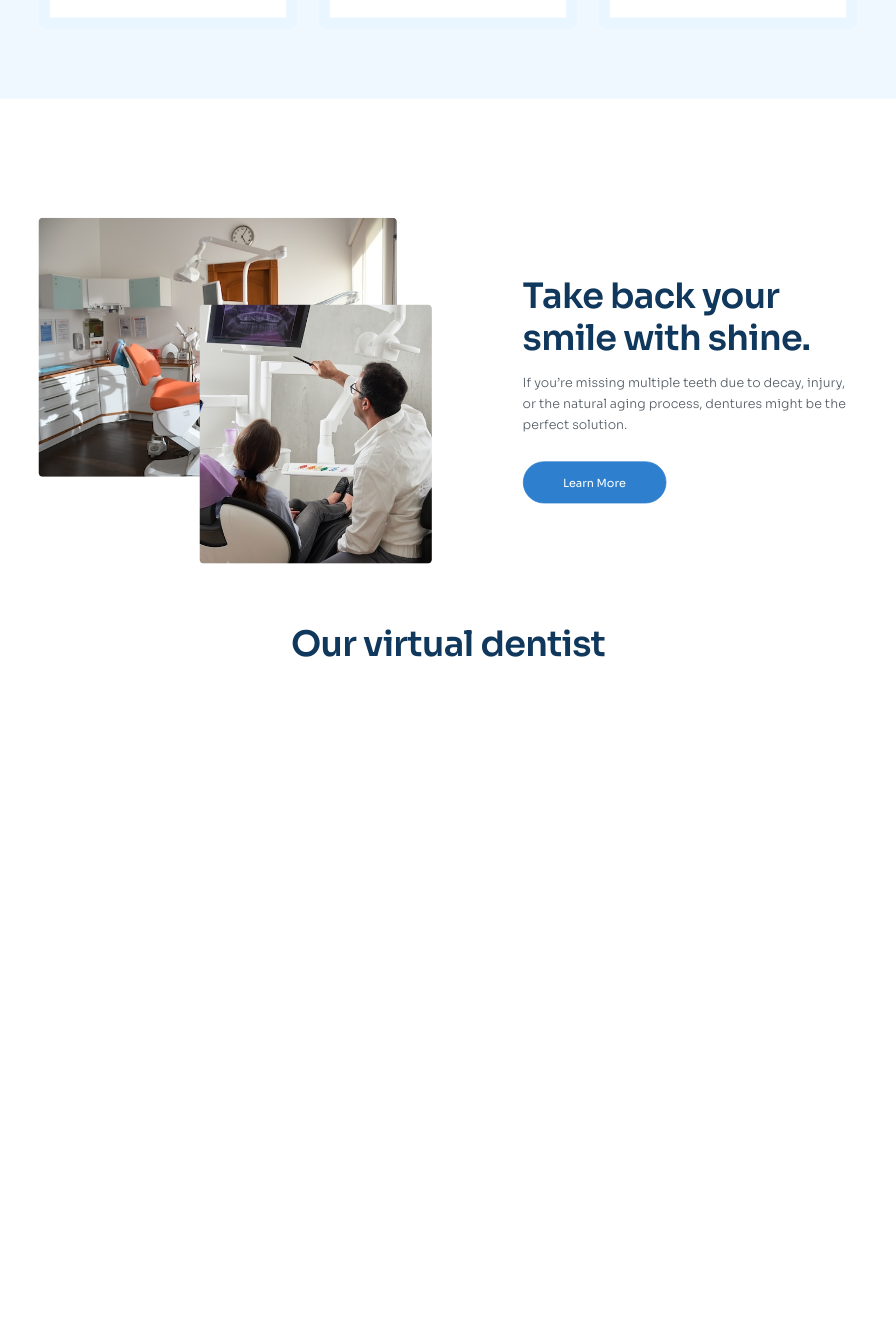
Repository: han2003dz/f8-project-03
Page: index.html
The author's editor kept a copy of each file at every save. The page is drawn from the files as they stood at one save, then again after a run of saves.
The browser window is 1280 px wide. The pictures show the part of the page from y = 2563 to 4483 px (the page is 6000 px tall), at 70% of full size.

Above is the page before, as saved 2023-05-06 22:44:44.

### index.html
<!DOCTYPE html>
<html lang="en">

<head>
    <meta charset="UTF-8">
    <meta http-equiv="X-UA-Compatible" content="IE=edge">
    <meta name="viewport" content="width=device-width, initial-scale=1.0">
    <title>Shine Smile</title>
    <!-- favicon -->
    <link rel="apple-touch-icon" sizes="57x57" href="./assets/favicon/apple-icon-57x57.png">
    <link rel="apple-touch-icon" sizes="60x60" href="./assets/favicon/apple-icon-60x60.png">
    <link rel="apple-touch-icon" sizes="72x72" href="./assets/favicon/apple-icon-72x72.png">
    <link rel="apple-touch-icon" sizes="76x76" href="./assets/favicon/apple-icon-76x76.png">
    <link rel="apple-touch-icon" sizes="114x114" href="./assets/favicon/apple-icon-114x114.png">
    <link rel="apple-touch-icon" sizes="120x120" href="./assets/favicon/apple-icon-120x120.png">
    <link rel="apple-touch-icon" sizes="144x144" href="./assets/favicon/apple-icon-144x144.png">
    <link rel="apple-touch-icon" sizes="152x152" href="./assets/favicon/apple-icon-152x152.png">
    <link rel="apple-touch-icon" sizes="180x180" href="./assets/favicon/apple-icon-180x180.png">
    <link rel="icon" type="image/png" sizes="192x192" href="./assets/favicon/android-icon-192x192.png">
    <link rel="icon" type="image/png" sizes="32x32" href="./assets/favicon/favicon-32x32.png">
    <link rel="icon" type="image/png" sizes="96x96" href="./assets/favicon/favicon-96x96.png">
    <link rel="icon" type="image/png" sizes="16x16" href="./assets/favicon/favicon-16x16.png">
    <link rel="manifest" href="./assets/favicon/manifest.json">
    <meta name="msapplication-TileColor" content="#ffffff">
    <meta name="msapplication-TileImage" content="./assets/favicon/ms-icon-144x144.png">
    <meta name="theme-color" content="#ffffff">
    <!-- embed font -->
    <link rel="preconnect" href="https://fonts.googleapis.com">
    <link rel="preconnect" href="https://fonts.gstatic.com" crossorigin>
    <link href="https://fonts.googleapis.com/css2?family=Sora:wght@300;400;500;600;700&display=swap" rel="stylesheet">
    <!-- my css -->
    <link rel="stylesheet" href="/assets/css/reset.css">
    <link rel="stylesheet" href="/assets/css/style.css">
</head>

<body style="height: 6000px;">
    <header class="header">
        <div class="container">
            <!-- nav -->
            <div class="navigation">
                <a href="#!">
                    <div class="logo">
                        <span class="logo__circle"></span>
                        <span class="logo__text">
                            <span class="logo__brand">shine</span>
                            <span class="logo__brand logo__brand--small">smile</span>
                        </span>
                    </div>
                </a>
                <nav class="navbar">
                    <ul class="nav__list">
                        <li class="nav__item">
                            <a href="#!" class="nav__link nav__link--active">Home</a>
                        </li>
                        <li class="nav__item">
                            <a href="#!" class="nav__link">Services</a>
                        </li>
                        <li class="nav__item">
                            <a href="#!" class="nav__link">About</a>
                        </li>
                        <li class="nav__item">
                            <a href="#!" class="nav__link">Doctors</a>
                        </li>
                    </ul>
                </nav>
                <!-- action -->
                <div class="header-action">
                    <a href="#!" class="header-action__login">Log In</a>
                    <button href="#!" class="header-action__sign-up btn">Sign Up</button>
                </div>
            </div>
            <!-- hero -->
            <section class="hero">
                <!-- hero content -->
                <div class="hero__content">
                    <h1 class="hero__heading">Exceptional dental care for all ages.</h1>
                    <p class="hero__desc">Exceptional dental care for all ages. Your great smile begins with a great
                        dentist.</p>
                    <div class="hero__row">
                        <a href="#!" class="btn hero__btn">Book Online</a>
                        <span class="hero__phone">or call (123) 456-7890</span>
                    </div>
                </div>
                <div class="hero__media">
                    <figure class="hero__images">
                        <img src="./assets/img/img1__hero.jpg" alt="" class="hero__img">
                        <img src="./assets/img/img2__hero.jpg" alt="" class="hero__img">
                    </figure>
                </div>

            </section>
        </div>
    </header>
    <main>
        <!-- service -->
        <div class="service">
            <div class="container">
                <h2 class="section-heading">Our services</h2>
                <p class="section-desc">Exceptional dental care for all ages. Your great smile begins with a great
                    dentist.</p>
                <div class="service__row">
                    <figure>
                        <img src="./assets/img/service-img3.jpg" alt="" class="service__img">
                    </figure>
                    <div>
                        <div class="service__list">
                            <!-- item 1 -->
                            <section class="service-item">
                                <div class="service-item__icon">
                                    <!-- icon -->
                                    <svg width="22" height="24" viewBox="0 0 22 24" fill="none"
                                        xmlns="http://www.w3.org/2000/svg">
                                        <path
                                            d="M20.3598 2.63964C17.9506 -0.556131 14.2772 -0.568132 11.2481 1.10682C11.001 1.24657 10.7219 1.31411 10.4406 1.30222C10.1592 1.29033 9.88633 1.19945 9.65105 1.03931C8.49552 0.245717 7.29036 -0.316477 5.13904 0.207462C0.623408 1.3071 0 4.90379 0 8.99816C0.0797353 12.1602 0.500857 15.3032 1.25551 18.3683C2.11836 22.0168 3.90382 24 5.43354 24C6.96326 24 7.00963 22.2204 7.00963 20.8016C7.00963 19.2009 7.39505 14.8009 10.8642 14.8009C13.5317 14.8009 14.3333 18.4013 14.3333 20.8016C14.3329 23.095 15.1722 24 16.6628 24C19.5267 24 20.9796 15.3938 21.3719 13.1237C21.7642 10.8535 22.9882 6.12569 20.3598 2.63964Z"
                                            fill="currentColor" />
                                    </svg>
                                </div>
                                <div class="service-item__body">
                                    <h3 class="service-item__heading">Oral Surgery</h3>
                                    <p class="service-item__desc">
                                        Everything you expect and then some. Cleanings, fillings, and x-rays.
                                    </p>
                                </div>
                            </section>
                            <!-- item 2 -->
                            <section class="service-item">
                                <div class="service-item__icon">
                                    <!-- icon -->
                                    <svg width="22" height="24" viewBox="0 0 22 24" fill="none"
                                        xmlns="http://www.w3.org/2000/svg">
                                        <path
                                            d="M20.3598 2.63964C17.9506 -0.556131 14.2772 -0.568132 11.2481 1.10682C11.001 1.24657 10.7219 1.31411 10.4406 1.30222C10.1592 1.29033 9.88633 1.19945 9.65105 1.03931C8.49552 0.245717 7.29036 -0.316477 5.13904 0.207462C0.623408 1.3071 0 4.90379 0 8.99816C0.0797353 12.1602 0.500857 15.3032 1.25551 18.3683C2.11836 22.0168 3.90382 24 5.43354 24C6.96326 24 7.00963 22.2204 7.00963 20.8016C7.00963 19.2009 7.39505 14.8009 10.8642 14.8009C13.5317 14.8009 14.3333 18.4013 14.3333 20.8016C14.3329 23.095 15.1722 24 16.6628 24C19.5267 24 20.9796 15.3938 21.3719 13.1237C21.7642 10.8535 22.9882 6.12569 20.3598 2.63964Z"
                                            fill="currentColor" />
                                    </svg>
                                </div>
                                <div class="service-item__body">
                                    <h3 class="service-item__heading">Wisdom Teeth Removal</h3>
                                    <p class="service-item__desc">
                                        Everything you expect and then some. Cleanings, fillings, and x-rays.
                                    </p>
                                </div>
                            </section>
                            <!-- item 3 -->
                            <section class="service-item">
                                <div class="service-item__icon">
                                    <!-- icon -->
                                    <svg width="22" height="24" viewBox="0 0 22 24" fill="none"
                                        xmlns="http://www.w3.org/2000/svg">
                                        <path
                                            d="M20.3598 2.63964C17.9506 -0.556131 14.2772 -0.568132 11.2481 1.10682C11.001 1.24657 10.7219 1.31411 10.4406 1.30222C10.1592 1.29033 9.88633 1.19945 9.65105 1.03931C8.49552 0.245717 7.29036 -0.316477 5.13904 0.207462C0.623408 1.3071 0 4.90379 0 8.99816C0.0797353 12.1602 0.500857 15.3032 1.25551 18.3683C2.11836 22.0168 3.90382 24 5.43354 24C6.96326 24 7.00963 22.2204 7.00963 20.8016C7.00963 19.2009 7.39505 14.8009 10.8642 14.8009C13.5317 14.8009 14.3333 18.4013 14.3333 20.8016C14.3329 23.095 15.1722 24 16.6628 24C19.5267 24 20.9796 15.3938 21.3719 13.1237C21.7642 10.8535 22.9882 6.12569 20.3598 2.63964Z"
                                            fill="currentColor" />
                                    </svg>
                                </div>
                                <div class="service-item__body">
                                    <h3 class="service-item__heading">Preventative Dentistry</h3>
                                    <p class="service-item__desc">
                                        Everything you expect and then some. Cleanings, fillings, and x-rays.
                                    </p>
                                </div>
                            </section>
                        </div>
                        <a href="" class="btn service__btn">All Services</a>
                    </div>
                </div>
            </div>
        </div>
        <section class="work">
            <div class="container">
                <h2 class="section-heading heading__work">How it works</h2>
                <p class="section-desc desc__work">Exceptional dental care for all ages. Your great smile begins with a
                    great dentist.
                </p>
                <div class="work__list">
                    <!-- item 1 -->
                    <section class="work-item">
                        <img src="./assets/icon/search.svg" alt="" class="work-item__icon">
                        <h3 class="work-item__heading">Search doctor</h3>
                        <p class="work-item__desc">Search a doctor by education, qualifications or experience-contact
                            for inquiry.
                        </p>
                        <a href="#!" class="learn-more">Learn More</a>
                    </section>
                    <!-- item 2 -->
                    <section class="work-item">
                        <img src="./assets/icon/search-user.svg" alt="" class="work-item__icon">
                        <h3 class="work-item__heading">Find best doctor</h3>
                        <p class="work-item__desc">Search a doctor by education, qualifications or experience-contact
                            for inquiry.
                        </p>
                        <a href="#!" class="learn-more">Learn More</a>
                    </section>
                    <!-- item 3 -->
                    <section class="work-item">
                        <img src="./assets/icon/bag.svg" alt="" class="work-item__icon">
                        <h3 class="work-item__heading">Get treatment</h3>
                        <p class="work-item__desc">Search a doctor by education, qualifications or experience-contact
                            for inquiry.
                        </p>
                        <a href="#!" class="learn-more">Learn More</a>
                    </section>
                </div>
            </div>
        </section>
        <!-- feature -->
        <section class="feature">
            <div class="container">
                <div class="feature-body">
                    <div class="feature__media">
                        <figure class="feature__images">
                            <img src="./assets/img/feature-img1.jpg" alt="" class="feature__img">
                            <img src="./assets/img/feature-img2.jpg" alt="" class="feature__img">
                        </figure>
                    </div>
                    <section class="feature__content">
                        <h2 class="section-heading">Take back your smile with shine.</h2>
                        <p class="section-desc">If you’re missing multiple teeth due to decay, injury, or the natural aging
                            process, dentures might be the perfect solution.
                        </p>
                        <a href="#!" class="btn feature__cta">Learn More</a>
                    </section>
                </div>
            </div>
        </section>
        <section class="member">
            <div class="container">
                <h2 class="section-heading">Our virtual dentist</h2>
            </div>
        </section>
    </main>
    <script src="./assets/app.js"></script>
</body>

</html>

### assets/css/style.css
* {
  box-sizing: border-box;
}
html {
  font-size: 62.5%;
}
body {
  font-size: 1.6rem;
  font-family: "Sora", sans-serif;
}
/* common */
.container {
  width: 1170px;
  max-width: calc(100% - 48px);
  margin: 0 auto;
}
.navigation {
  display: flex;
  justify-content: space-between;
  align-items: center;
}
a {
  text-decoration: none;
}
:root {
  --header-bg: #10375c;
  --primary-color: #2e80ce;
  --height-btn: 60px;
}
.nav__link,
.header-action__login {
  padding: 5px 14px;
  font-size: 1.6rem;
  font-weight: 300;
  color: #c9d2da;
}
.header-action__login:hover,
.nav__link:hover,
.nav__link--active {
  text-shadow: 1px 0 0 #fff;
}
.btn {
  display: inline-block;
  min-width: 205px;
  height: var(--height-btn);
  padding: 0 20px;
  border: 1px solid var(--primary-color);
  line-height: var(--height-btn);
  border-radius: 999px;
  font-weight: 400;
  font-size: 1.6rem;
  text-align: center;
  color: #fff;
  background: var(--primary-color);
}
.btn:hover {
  opacity: 0.9;
  cursor: pointer;
}
/* header */
.header {
  padding-top: 30px;
  padding-bottom: 100px;
  min-height: 100vh;
  background: var(--header-bg);
}

.logo {
  /* 1em = 10px */
  font-size: 1rem;
  position: relative;
  display: inline-flex;
  align-items: center;
}
.logo__circle::before,
.logo__circle::after {
  display: inline-block;
  content: "";
  border-radius: 50%;
}
.logo__circle::before {
  width: 3em;
  height: 3em;
  background: var(--primary-color);
}
.logo__circle::after {
  width: 1.6em;
  height: 1.6em;
  background: #fff;
  position: absolute;
  top: 1.1em;
  left: 1.1em;
}
.logo__text {
  margin-left: 0.6em;
  text-align: right;
  line-height: 1.6em;
}
.logo__brand {
  display: block;
  font-weight: 400;
  font-size: 1.8em;
  color: #fff;
}
.logo__brand--small {
  font-size: 1.2em;
  font-weight: 300;
}
/* navbar */
.navbar .nav__list {
  display: flex;
}
.nav__link {
  padding: 5px 21px;
}
.nav__link--active {
  pointer-events: none;
}
.nav__link--active::before {
  position: relative;
  left: -8px;
  bottom: 2px;
  content: "";
  display: inline-block;
  width: 6px;
  height: 6px;
  background: #fff;
  border-radius: 50%;
}
/* header-action */
.header-action {
  display: flex;
  align-items: center;
}
.header-action__login {
  margin-right: 7px;
}
.header-action__sign-up {
  min-width: 120px;
}
/* hero */
.hero {
  display: flex;
  margin-top: 76px;
  align-items: center;
}
.hero__content {
  /* giải quyết vấn đề co nhỏ */
  flex-shrink: 0;
  width: 44%;
}
.hero__media {
  flex-grow: 1;
}
.hero__heading {
  font-weight: 600;
  font-size: 7rem;
  line-height: 1.14;
  /* or 114% */
  letter-spacing: -0.02em;
  color: #ffffff;
}
.hero__desc {
  font-weight: 300;
  font-size: 1.8rem;
  line-height: 1.67;
  /* or 167% */
  color: #c9d2da;
  margin-top: 22px;
  margin-bottom: 38px;
}
.hero__phone {
  font-weight: 400;
  font-size: 1.8rem;
  line-height: 1.67;
  color: #fff;
}
.hero__row {
  display: flex;
  align-items: center;
  gap: 38px;
}
.hero__images {
  display: flex;
  align-items: center;
  justify-content: flex-end;
}
.hero__img {
  width: 330px;
  height: 500px;
  border-radius: 6px;
  object-fit: cover;
}
.hero__img:last-child {
  width: 210px;
  height: 400px;
}
/* service */
.service {
  padding: 170px 0;
}
.section-heading,
.section-desc {
  text-align: center;
}
.section-heading {
  font-weight: 600;
  font-size: 5rem;
  line-height: 1.2;
  /* identical to box height, or 120% */
  letter-spacing: -0.02em;
  color: #10375c;
  margin-bottom: 18px;
}
.section-desc {
  font-weight: 300;
  font-size: 1.8rem;
  line-height: 1.67;
  /* or 167% */
  margin: 0 auto;
  color: #575f66;
  max-width: 468px;
}
.service__row {
  margin-top: 70px;
  display: flex;
  justify-content: space-between;
  align-items: center;
}
.service__img {
  width: 570px;
  height: 570px;
  object-fit: cover;
  border-radius: 12px;
}
.service-item {
  display: flex;
  max-width: 420px;
  height: 128px;
  background: #ffffff;
  border-radius: 10px;
  align-items: center;
}
.service-item:hover {
  box-shadow: 0px 14px 28px rgba(0, 0, 0, 0.05);
  border-radius: 10px;
  cursor: pointer;
  position: relative;
}
.service-item:hover .service-item__icon {
  background: #2e80ce;
  box-shadow: 0px 8px 16px rgba(40, 155, 222, 0.15);
  color: #fff;
}
.service-item__heading {
  font-weight: 600;
  font-size: 1.8rem;
  line-height: 1.27;
  /* identical to box height */
  color: #10375c;
  margin-bottom: 8px;
}
.service-item__desc {
  font-weight: 300;
  font-size: 1.6rem;
  line-height: 1.75;
  /* or 175% */
  color: #575f66;
  max-width: 308px;
}
.service-item__icon {
  display: flex;
  justify-content: center;
  align-items: center;
  margin-right: 19px;
  margin-left: 22px;
  flex-shrink: 0;
  width: 60px;
  height: 60px;
  border-radius: 50%;
  background: #eff6fd;
  box-shadow: 0px 8px 16px rgba(0, 0, 0, 0.05);
  color: #10375c;
}
.service-item__body {
  margin-left: 20px;
}
.service__btn {
  margin-top: 55px;
}
/* work */
.work {
  padding: 100px 0;
  background: #f0f8ff;
}
.heading__work,
.desc__work {
  text-align: left;
  margin: 0;
}
.desc__work {
  margin-top: 18px;
}
.work__list {
  display: grid;
  grid-template-columns: repeat(3, 1fr);
  margin-top: 70px;
  column-gap: 30px;
}
.work-item {
  padding: 44px;
  border-radius: 12px;
  border: 16px solid #eaf6ff;
  background: #fff;
  transition: 0.25s;
}
.work-item:hover {
  border: 16px solid var(--primary-color);
  transform: translateY(-16px);
}
.work-item__heading {
  margin-top: 18px;
  font-weight: 600;
  font-size: 2.6rem;
  line-height: 1.38;
  /* identical to box height, or 138% */
  color: var(--header-bg);
}
.work-item__desc,
.learn-more {
  margin-top: 28px;
  font-weight: 300;
  font-size: 16px;
  line-height: 28px;
  /* or 175% */
  color: #575f66;
}
.learn-more {
  display: inline-block;
  margin-top: 20px;
  font-weight: 500;
}
.learn-more:hover {
  font-weight: 600;
  color: #2e80ce;
  transition: 0.2s;
  transform: translateY(-3px);
}

/* feature */
.feature {
  margin-top: 85px;
  padding: 85px 0;
}
.feature-body {
  display: flex;
  column-gap: 130px;
}
.feature__media {
  width: 48%;
}
.feature__images {
  position: relative;
  padding: 0 58px 121px 0;
}
.feature__img {
  width: 512px;
  height: 370px;
  border-radius: 6px;
  object-fit: cover;
}
.feature__img:last-child {
  width: 332px;
  position: absolute;
  right: 0;
  bottom: 0;
}
.section-heading {
  font-size: 5rem;
  line-height: 1.2;
}
.feature__content .section-heading,
.feature__content .section-desc {
  text-align: left;
  margin: 0;
}
.feature__content .section-heading{
  margin-top: 82px;
}
.feature__content .section-desc{
  margin-top: 18px;
}
.feature__cta {
  margin-top: 38px;
}
/* member */
.member .section-heading{
  mt
}

### assets/app.js
const navItems = document.querySelectorAll(".nav__link");
function handleClickNav(event){
    [...navItems].forEach(item => item.classList.remove("nav__link--active"));
    event.target.classList.add("nav__link--active");
    console.log(event.target);
}
[...navItems].forEach(item => item.addEventListener("click", handleClickNav));

Loaded but not shown: assets/css/reset.css (common file)

After the next 2 saves:
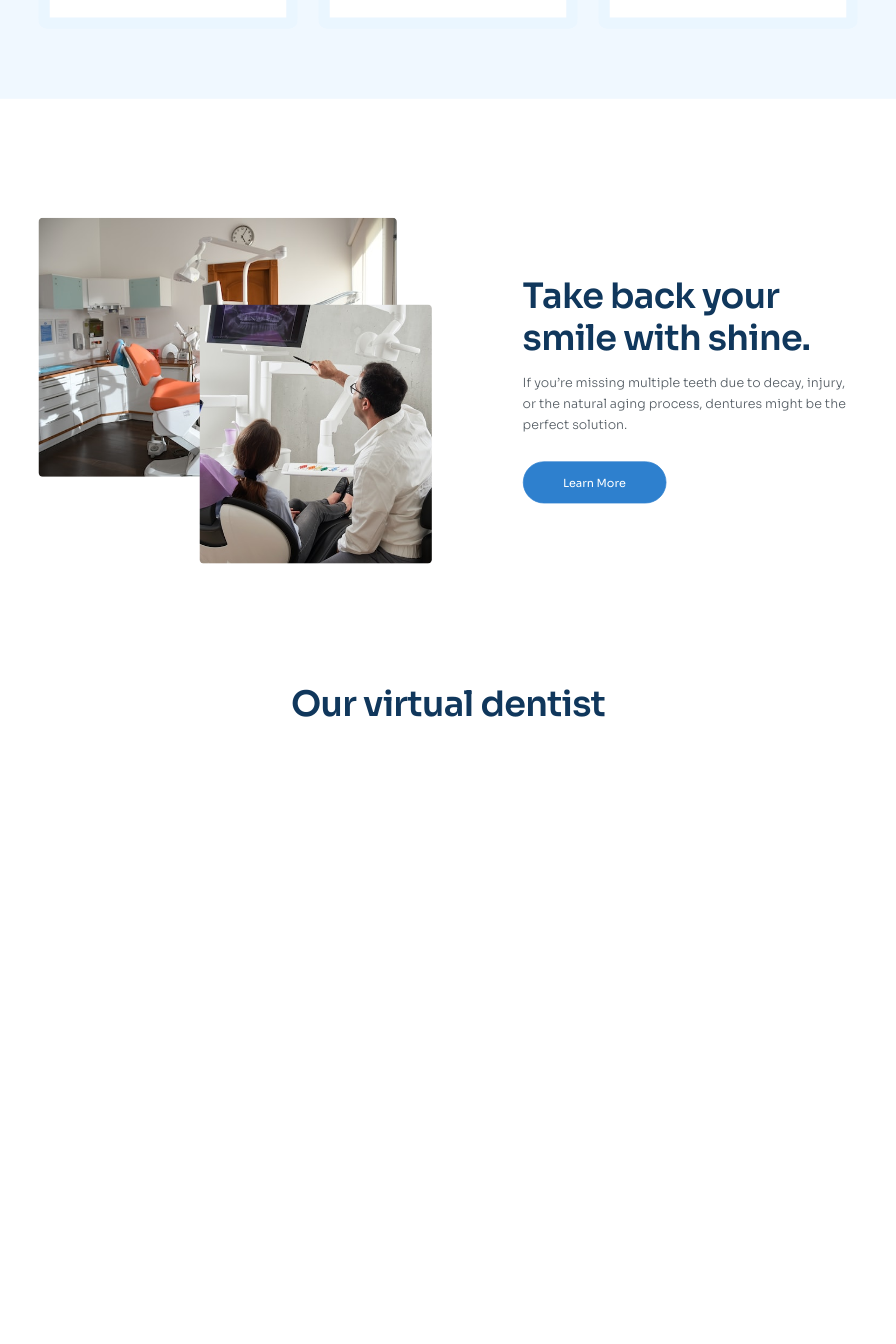
The 2 saves are shown as one change because they came seconds apart.
The last was saved 5 s later.
--- a/assets/css/style.css
+++ b/assets/css/style.css
@@ -395,5 +395,5 @@ a {
 }
 /* member */
 .member .section-heading{
-  mt
-}
+  margin-top: 85px;
+}
